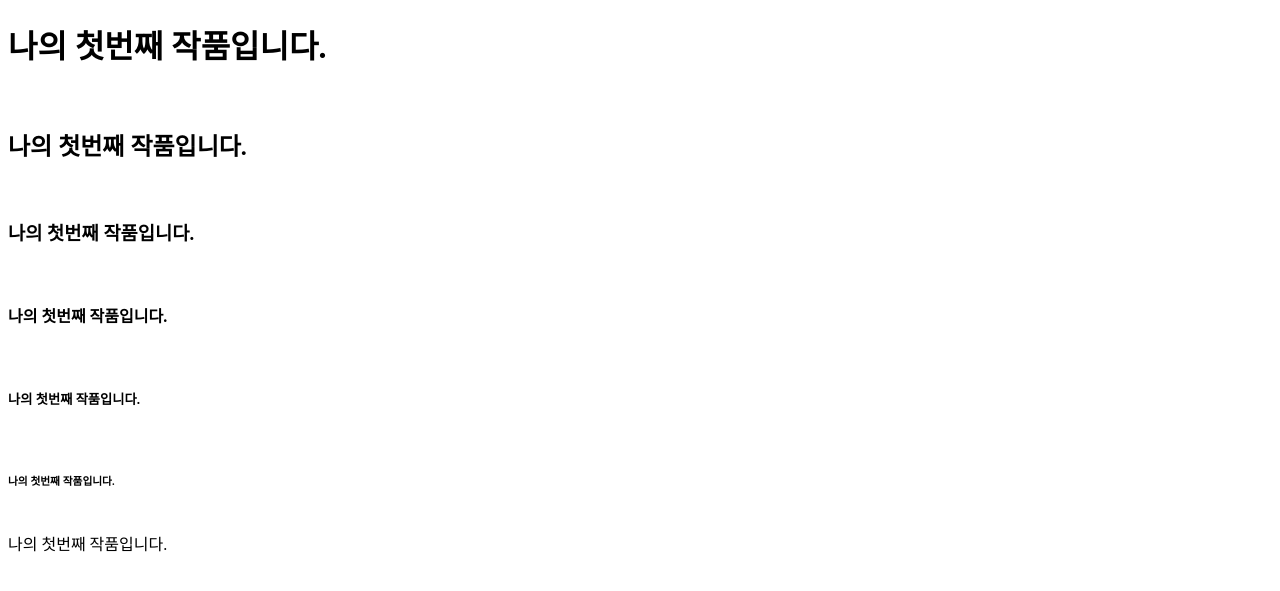
Repository: AkaKSR/Java_Convergence_New
Page: HTML0826/WebContent/Ex01.html
These files come from the project's save history. The page is drawn as it stood at one moment and after the next save; the edit follows.
The browser window is 1280 px wide. The pictures show the whole page.

Above is the page before, as saved 2019-08-26 06:11:00.

### HTML0826/WebContent/Ex01.html
<!doctype html>
<html lang="ko">
<head>
	<meta charset="UTF-8" />
	<title>첫번째 작품</title>
</head>
<body>
	<h1>나의 첫번째 작품입니다.</h1><br />
	<h2>나의 첫번째 작품입니다.</h2><br />
	<h3>나의 첫번째 작품입니다.</h3><br />
	<h4>나의 첫번째 작품입니다.</h4><br />
	<h5>나의 첫번째 작품입니다.</h5><br />
	<h6>나의 첫번째 작품입니다.</h6><br />
	<h7>나의 첫번째 작품입니다.</h7><br />
</body>
</html>

After the next save:
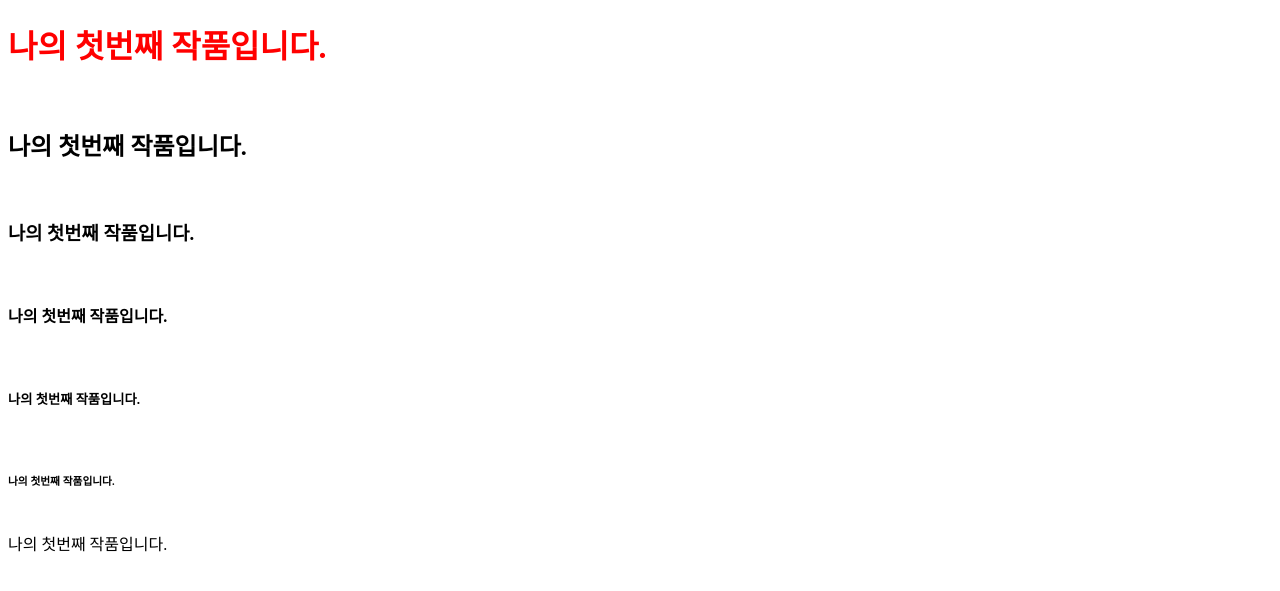
Saved 6 min 0 s later.
--- a/HTML0826/WebContent/Ex01.html
+++ b/HTML0826/WebContent/Ex01.html
@@ -5,7 +5,7 @@
 	<title>첫번째 작품</title>
 </head>
 <body>
-	<h1>나의 첫번째 작품입니다.</h1><br />
+	<h1 style = "color:red">나의 첫번째 작품입니다.</h1><br />
 	<h2>나의 첫번째 작품입니다.</h2><br />
 	<h3>나의 첫번째 작품입니다.</h3><br />
 	<h4>나의 첫번째 작품입니다.</h4><br />
